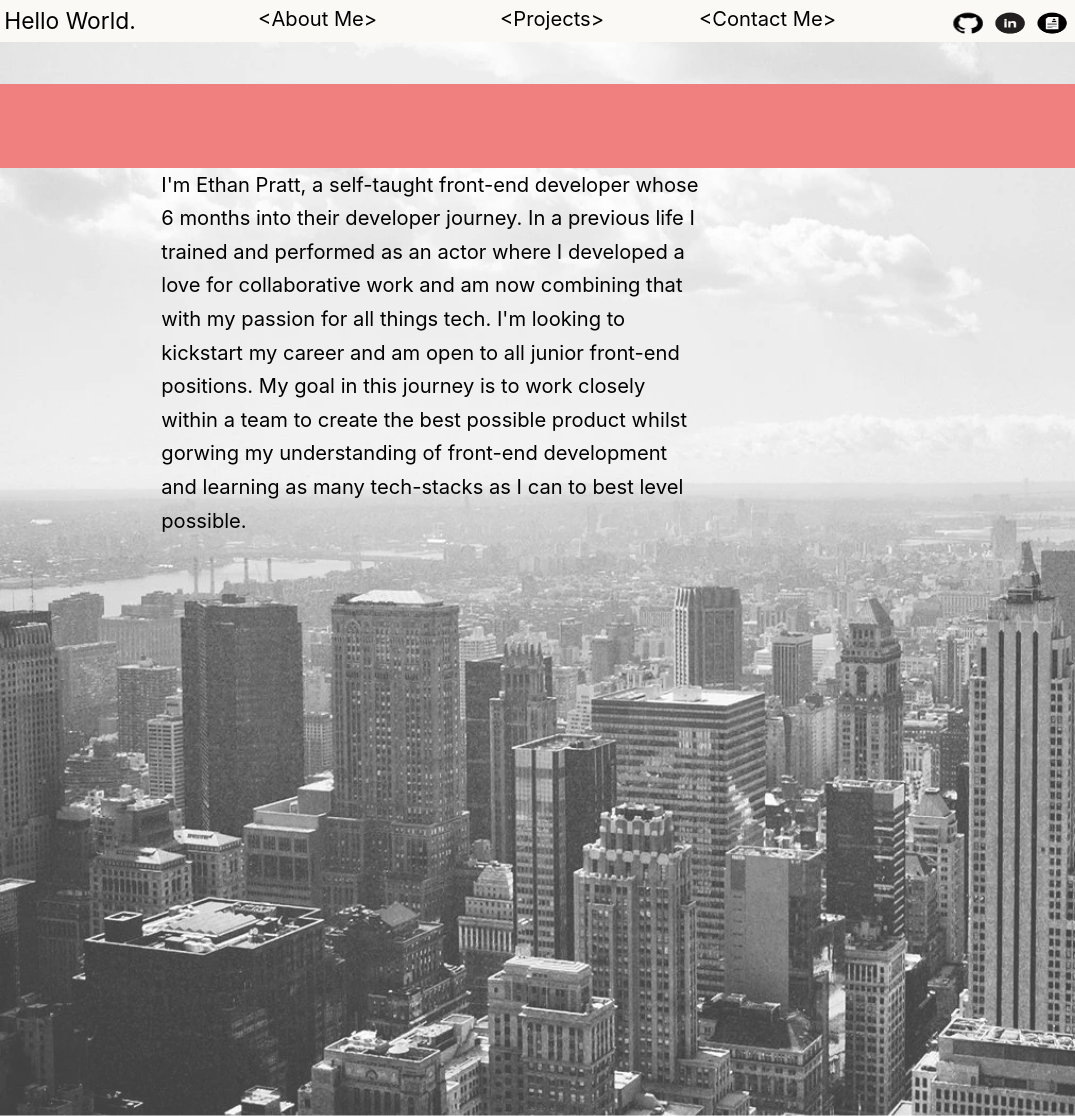
Repository: ghend99/website_ethan_pratt
Page: /about
These files come from the project's save history. The page is drawn as it stood at one moment and after a run of saves; the edit follows.
The browser window is 1280 px wide. The pictures show the whole page, at 84% of full size.
The project was rebuilt for these pictures with package versions that can differ from the ones it lists, and the page was loaded fresh each time. Also part of the build but not shown: src/pages/home.js, src/pages/project.js, src/css/contact.css, src/pages/contact.js.

Above is the page before, as saved 2023-04-03 12:21:31.

### public/index.html
<!DOCTYPE html>
<html lang="en">
  <head>
    <meta charset="utf-8" />
    <link rel="icon" href="%PUBLIC_URL%/favicon.ico" />
    <meta name="viewport" content="width=device-width, initial-scale=1" />
    <meta name="theme-color" content="#000000" />
    <meta
      name="description"
      content="Web site created using create-react-app"
    />
    <link rel="apple-touch-icon" href="%PUBLIC_URL%/logo192.png" />
    <!--
      manifest.json provides metadata used when your web app is installed on a
      user's mobile device or desktop. See https://developers.google.com/web/fundamentals/web-app-manifest/
    -->
    <link rel="manifest" href="%PUBLIC_URL%/manifest.json" />
    <!--
      Notice the use of %PUBLIC_URL% in the tags above.
      It will be replaced with the URL of the `public` folder during the build.
      Only files inside the `public` folder can be referenced from the HTML.

      Unlike "/favicon.ico" or "favicon.ico", "%PUBLIC_URL%/favicon.ico" will
      work correctly both with client-side routing and a non-root public URL.
      Learn how to configure a non-root public URL by running `npm run build`.
    -->
    <title>Ethan Pratt | Junior Front-End Developer</title>
  </head>
  <body>
    <noscript>You need to enable JavaScript to run this app.</noscript>
    <div id="root"></div>
    <!--
      This HTML file is a template.
      If you open it directly in the browser, you will see an empty page.

      You can add webfonts, meta tags, or analytics to this file.
      The build step will place the bundled scripts into the <body> tag.

      To begin the development, run `npm start` or `yarn start`.
      To create a production bundle, use `npm run build` or `yarn build`.
    -->
  </body>
</html>

### src/App.js
import { BrowserRouter as Router, Routes, Route } from "react-router-dom";
import { Home } from "./pages/home";
import { About } from "./pages/about.js";
import { Project } from "./pages/project.js";
import { Contact } from "./pages/contact.js";

function App() {
  return (
    <div className="App">
      <Router>
        <Routes>
          <Route path="/" element={<Home />} />
          <Route path="/projects" element={<Project />} />
          <Route path="/about" element={<About />} />
          <Route path="/contact" element={<Contact />} />
        </Routes>
      </Router>
    </div>
  );
}

export default App;

### src/pages/about.js
import "../css/about.css";
import { Header } from "../components/header.js";
import html from "../images/html.png";
import css from "../images/css.png";
import javascript from "../images/javascript.png";
import react from "../images/react.png";

export const About = () => {
  return (
    <div className="bg">
      <Header />
      <div className="about-container">
        {/* Infomration Container */}
        <div className="info-container">
          <section className="about">
            <h1 className="about-header">Hello There!</h1>
            <p className="about-paragraph">
              I'm Ethan Pratt, a self-taught front-end developer whose 6 months
              into their developer journey. In a previous life I trained and
              performed as an actor where I developed a love for collaborative
              work and am now combining that with my passion for all things
              tech. I'm looking to kickstart my career and am open to all junior
              front-end positions. My goal in this journey is to work closely
              within a team to create the best possible product whilst gorwing
              my understanding of front-end development and learning as many
              tech-stacks as I can to best level possible.
            </p>
          </section>
          <div className="technology"></div>
        </div>
      </div>
    </div>
  );
};

### src/components/header.js
import React, { useState } from "react";
import { Link } from "react-router-dom";
import "../css/header.css";
import github from "../images/github.png";
import linkedin from "../images/linkedin.png";
import resume from "../images/resume.png";
import menu from "../images/menu.png";

export const Header = () => {
  return (
    <div className="header-container">
      <Link className="header-title" to="/">
        Hello World.
      </Link>
      <Link id="header-nav" className="header-projects" to="/projects">
        &lt;Projects&gt;
      </Link>
      <Link id="header-nav" className="header-about" to="/about">
        &lt;About Me&gt;
      </Link>
      <Link id="header-nav" className="header-contact" to="/contact">
        &lt;Contact Me&gt;
      </Link>
      <a href="https://github.com/ghend99" target={"_blank"}>
        <img id="header-socials" className="header-github" src={github} />
      </a>
      <a href="https://www.linkedin.com/in/ethanapratt/" target={"_blank"}>
        <img id="header-socials" className="header-linkedin" src={linkedin} />
      </a>
      <a
        href="https://acrobat.adobe.com/link/review?uri=urn:aaid:scds:US:74a2b676-94fc-39cd-90a1-4f5be50c7792"
        target={"_blank"}
      >
        <img id="header-socials" className="header-resume" src={resume} />
      </a>

      <div className="header-socials-list">
        <a href="https://github.com/ghend99" target={"_blank"}>
          <p className="header-socials-text">Github</p>
        </a>
        <a href="https://www.linkedin.com/in/ethanapratt/" target={"_blank"}>
          <p className="header-socials-text">LinkedIn</p>
        </a>
        <a href="https://www.linkedin.com/in/ethanapratt/" target={"_blank"}>
          <p className="header-socials-text">Resume</p>
        </a>
      </div>
    </div>
  );
};

### src/css/home.css
@import url("https://fonts.googleapis.com/css2?family=Bitter&display=swap");

#center-container {
  position: relative;
  max-width: 25%;
  min-width: 500px;
  height: 20%;
  border-bottom: solid;
  /* background-color: aqua; */
  margin-left: auto;
  margin-right: auto;
  top: 10%;
  text-align: center;
  padding: 70px 0;
}

.home-name {
  top: 0;
  font-size: 50px;
  font-weight: bold;
}

.home-job-title {
  font-size: 32px;
  font-family: "Bitter";
}

.home-resume,
.home-github,
.home-linkedin {
  position: absolute;
  bottom: -50px;
  text-decoration: none;
  color: black;
  font-size: 20px;
  font-weight: bold;
  height: 50px;
  padding-bottom: 10px;
}

.home-resume:hover,
.home-github:hover,
.home-linkedin:hover {
  border-bottom: solid;
}

.home-github {
  left: 0;
}

.home-linkedin {
  left: 45%;
}

.home-resume {
  right: 0;
}

### src/css/about.css
.about-container {
  position: relative;
  max-width: 100%;
  min-width: 600px;
  max-height: 100%;
  min-height: 550px;
  /* background-color: lightyellow; */
}

.info-container {
  position: relative;
  max-width: 100%;
  min-width: 530px;
  max-height: 100%;
  min-height: 420px;
  top: 50px;
  /* background-color: lightgreen; */
}

.about-header {
  position: absolute;
  /* display: inline-block; */
  left: 13%;
  margin: 0;
  font-size: 60px;
}

.about-paragraph {
  position: absolute;
  top: 100px;
  left: 15%;
  max-width: 50%;
  min-width: 500px;
  margin: 0;
  font-size: 24px;
  line-height: 40px;
}

.technology {
  position: relative;
  width: 100%;
  max-height: 200px;
  min-height: 100px;
  background-color: lightcoral;
}

### src/css/header.css
@import url("https://fonts.googleapis.com/css2?family=Bitter&display=swap");

.header-socials-text {
  color: black;
  text-decoration: none;
  border-bottom: none;
}

.header-container {
  position: relative;
  display: flex;
  flex-direction: row;
  max-width: 100%;
  min-width: 530px;
  max-height: 200px;
  min-height: 50px;
  background-color: #faf9f6;
  /* padding-top: 20px; */
}

.header-title {
  position: absolute;
  left: 5px;
  margin: 0;
  margin-right: clamp(20px, 50px, 30px);
  font-size: clamp(1rem, 4vw, 1.7rem);
  top: 8px;
  text-decoration: none;
  color: black;
}

#header-nav {
  position: absolute;
  display: flex;
  font-size: clamp(1rem, 4vw, 1.5rem);
  margin: 0;
  margin-right: clamp(20px, 50px, 30px);
  top: 8px;
}

.header-projects {
  left: clamp(30%, 46.5%, 60%);
  text-decoration: none;
  color: black;
}

.header-about {
  margin: 0;
  margin-left: 50px;
  margin-right: 100px;
  left: clamp(5px, 24%, 55%);
  text-decoration: none;
  color: black;
}

.header-contact {
  left: clamp(20%, 65%, 70%);
  text-decoration: none;
  color: black;
}

#header-socials {
  max-width: 11%;
  min-width: 35px;
  max-height: 50%;
  min-height: 10px;
  top: 15px;
  cursor: pointer;
}

#header-nav:hover {
  border-bottom: solid;
}

.header-github {
  position: absolute;
  right: clamp(10px, 12%, 110px);
}

.header-linkedin {
  position: absolute;
  right: clamp(5px, 10%, 60px);
}

.header-resume {
  position: absolute;
  right: clamp(10px, 10%, 10px);
}

.bg {
  position: relative;
  max-width: 100%;
  min-width: 650px;
  height: 100vh;
  min-height: 83rem;
  background-size: cover;
  background-repeat: no-repeat;
  background-position: center center;
}

.bg::before {
  content: "";
  background-image: url(../images/background-image.jpg);
  background-size: cover;
  position: absolute;
  top: 0px;
  right: 0px;
  bottom: 0px;
  left: 0px;
  opacity: 0.75;
}

.header-socials-list {
  position: absolute;
  right: 10px;
  top: 50px;
  font-size: 12px;
  font-weight: bold;
  font-family: "Bitter";
  color: black;
  opacity: 0;
  transition: all 0.2s;
}

@media screen and (min-width: 0) and (max-width: 1028px) {
  #header-socials {
    display: none;
  }

  .header-socials-list {
    opacity: 1;
  }
}

@media screen and (min-width: 0) and (max-width: 612px) {
  #header-nav {
    top: 13px;
    font-size: 22px;
  }

  .header-socials-menu {
    top: 15px;
    right: 10px;
    width: 20px;
    height: 20px;
  }
}

@media screen and (min-width: 0) and (max-width: 554px) {
  #header-nav {
    font-size: 20px;
  }

  .header-title {
    top: 15px;
    font-size: 16px;
  }
}

### src/css/project.css
@import url("https://fonts.googleapis.com/css2?family=Bitter&display=swap");

#projects-container {
  position: absolute;
  display: grid;
  grid-template-columns: 1fr 1fr 1fr;
  grid-template-rows: 3fr;
  max-width: 80%;
  min-width: 70%;
  max-height: 400vh;
  min-height: 150px;
  background-color: blue;
  /* opacity: 0.7; */
  left: 10%;
  top: 10%;
}

#single-project {
  position: relative;
  max-width: 100%;
  max-height: 600px;
  min-height: clamp(30%, 450px, 800px);
  border: solid;
  text-align: center;
  background-color: #faf9f6;
}

.project-name {
  font-family: "Bitter";
  font-size: clamp(18px, 24px, 30px);
}

#project-image {
  position: relative;
  max-width: 80%;
  max-height: 75%;
  min-height: 20%;
  top: -10px;
  margin-left: auto;
  margin-right: auto;
}

.image {
  width: 70%;
}

.project-footer {
  position: absolute;
  display: grid;
  grid-template-columns: 1fr 1fr 1fr;
  text-align: center;
  width: 100%;
  height: 6%;
  bottom: 0;
}

.source-link,
.source-demo,
.project-info {
  position: absolute;
  text-decoration: none;
  color: black;
  font-size: clamp(0.8rem, 0.5vw, 0.8rem);
  font-weight: bold;
  height: 20px;
  cursor: pointer;
}

.source-link {
  left: 5px;
}

.source-demo {
  right: 5px;
}

#project-information {
  font-size: 14px;
}

.source-link:hover,
.source-demo:hover,
.project-info:hover {
  border-bottom: solid;
}

@media screen and (min-width: 0) and (max-width: 1028px) {
  #project-container {
    grid-template-columns: 1fr 1fr 1fr;
  }

  #single-project {
    height: 50%;
  }

  .project-footer {
    grid-template-rows: 0.5fr;
    bottom: 0;
  }

  .source-link,
  .source-demo,
  .project-info {
    font-size: 10px;
    font-weight: bold;
  }

  .source-link {
    margin: 0;
  }

  .source-demo {
    margin: 0;
    right: 7px;
  }

  .project-info {
    margin: 0;
    top: -4px;
  }
}

@media screen and (min-width: 0) and (max-width: 708px) {
  #projects-container {
    height: 20%;
  }

  .project-footer {
    bottom: 0;
  }

  .source-link,
  .source-demo,
  .project-info {
    font-size: 8px;
  }

  /* #single-project {
    min-height: 300px;
  } */
}

Loaded but not shown: src/index.js (common file); src/index.css (common file)

After the next 2 saves:
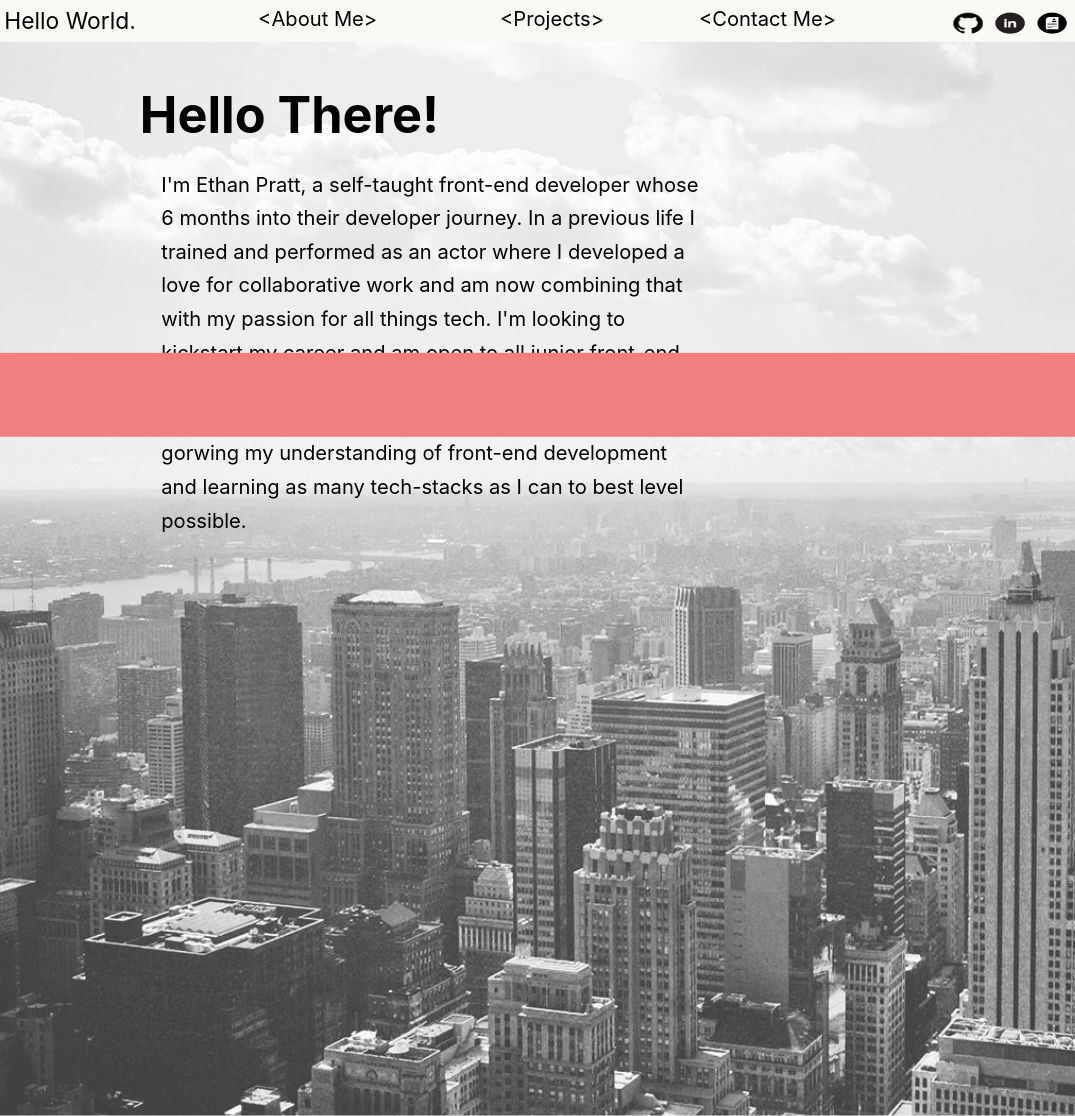
The 2 saves are shown as one change because they came seconds apart.
The last was saved 7 s later.
--- a/src/css/about.css
+++ b/src/css/about.css
@@ -37,9 +37,10 @@
 }
 
 .technology {
-  position: relative;
+  position: absolute;
   width: 100%;
   max-height: 200px;
   min-height: 100px;
   background-color: lightcoral;
+  bottom: 0;
 }
